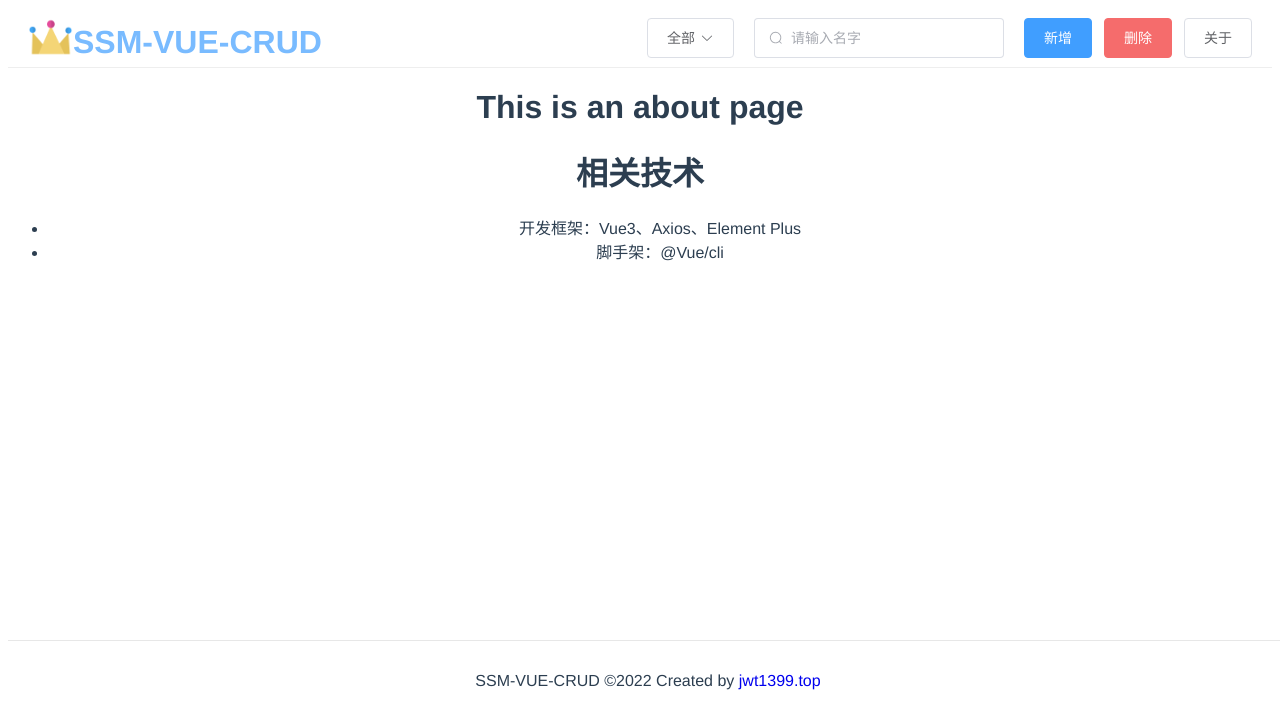
Repository: jwt1399/ssm-vue-crud
Page: /#/about (app in ssm-crud-front/)
An editor plug-in stored every save of this project. The page is shown before and after the next save, followed by the edit.
The browser window is 1280 px wide. The pictures show the whole page.
The project was rebuilt for these pictures with package versions that can differ from the ones it lists, and the page was loaded fresh each time. Also part of the build but not shown: ssm-crud-front/vue.config.js, ssm-crud-front/src/components/Form.vue, ssm-crud-front/src/views/CrudView.vue.

Above is the page before, as saved 2022-06-09 13:00:46.

After the next save:
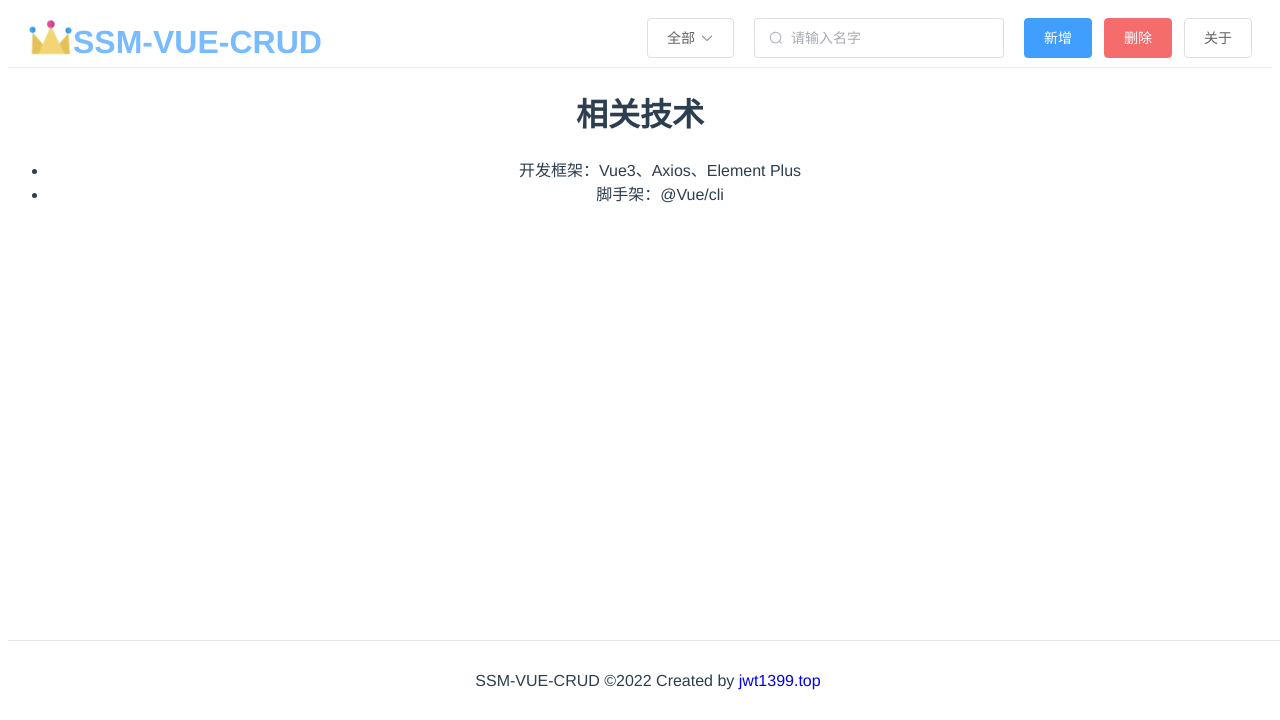
Saved 31 s later.
--- a/ssm-crud-front/src/views/AboutView.vue
+++ b/ssm-crud-front/src/views/AboutView.vue
@@ -1,6 +1,6 @@
 <template>
   <div class="about">
-    <h1>This is an about page</h1>
+    <!-- <h1>This is an about page</h1> -->
     <h1>相关技术</h1>
     <ul>
       <li>开发框架：Vue3、Axios、Element Plus</li>
